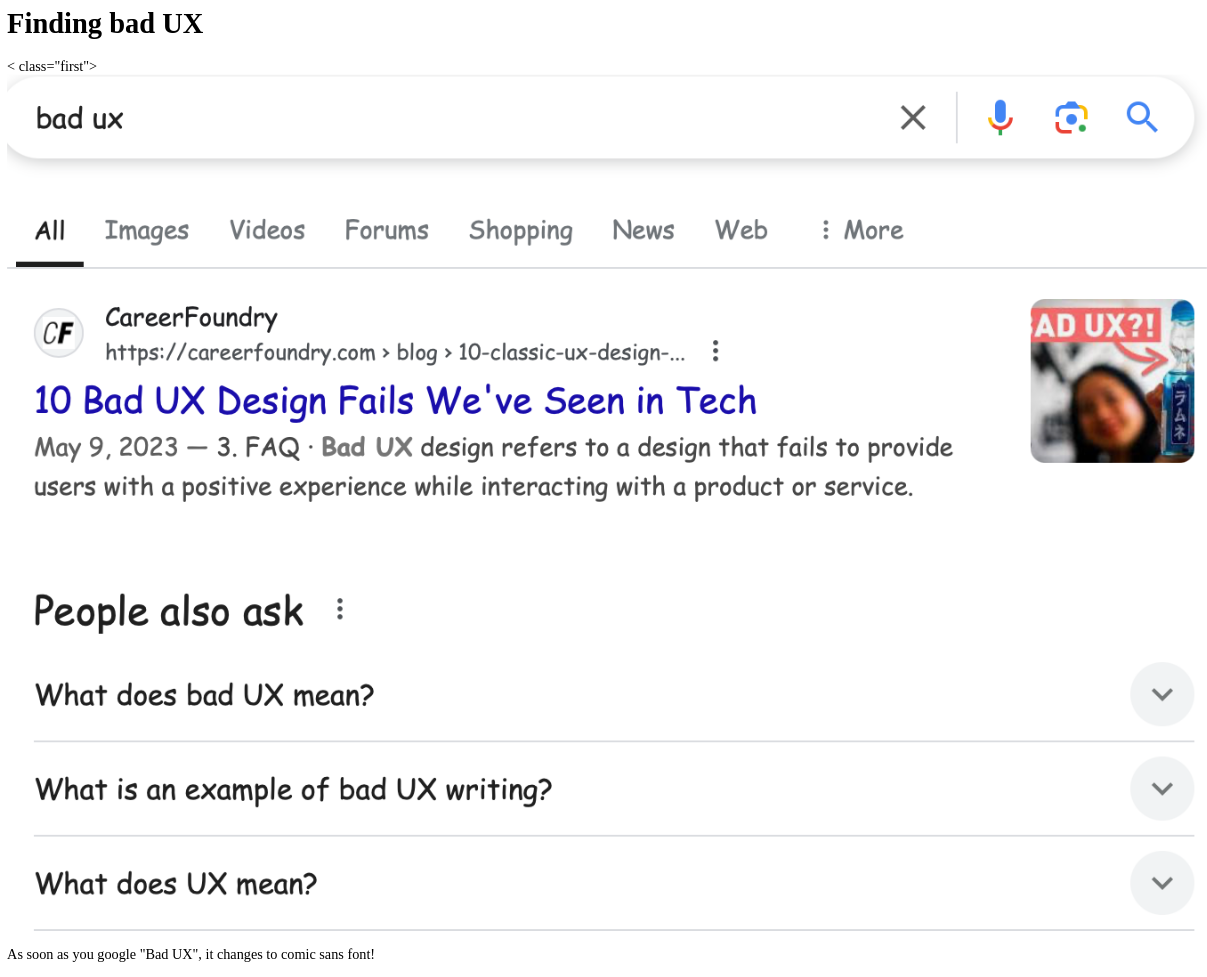
Repository: j1s00jang/MDIA-2109
Page: index.html
The author's editor kept a copy of each file at every save. The page is drawn from the files as they stood at one save, then again after the next save.
The browser window is 1280 px wide. The page is 1356 px wide, so the pictures cover 1356 px, including what lies to the right of the window. The pictures show the whole page, at 89% of full size.

Above is the page before, as saved 2025-02-24 11:52:45.

After the next save:
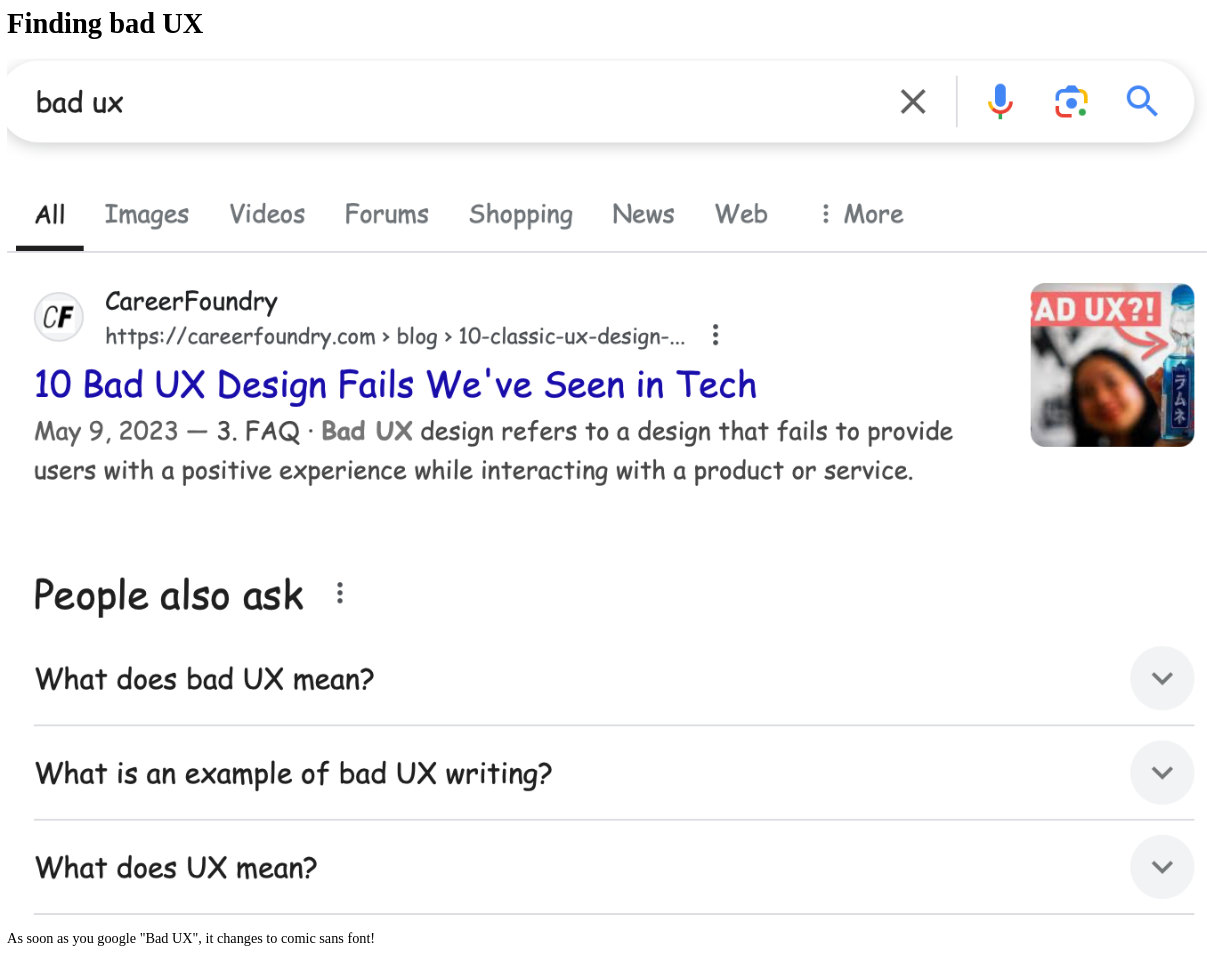
Saved 13 s later.
--- a/index.html
+++ b/index.html
@@ -9,7 +9,7 @@
         <main>
             <h1 class="title">Finding bad UX</h1>
 
-            < class="first">
+            <div class="first">
                 <img src="css/first.png" alt="google ux"><p>As soon as you google "Bad UX", it changes to comic sans font!</p>
             </div>
         </main>
